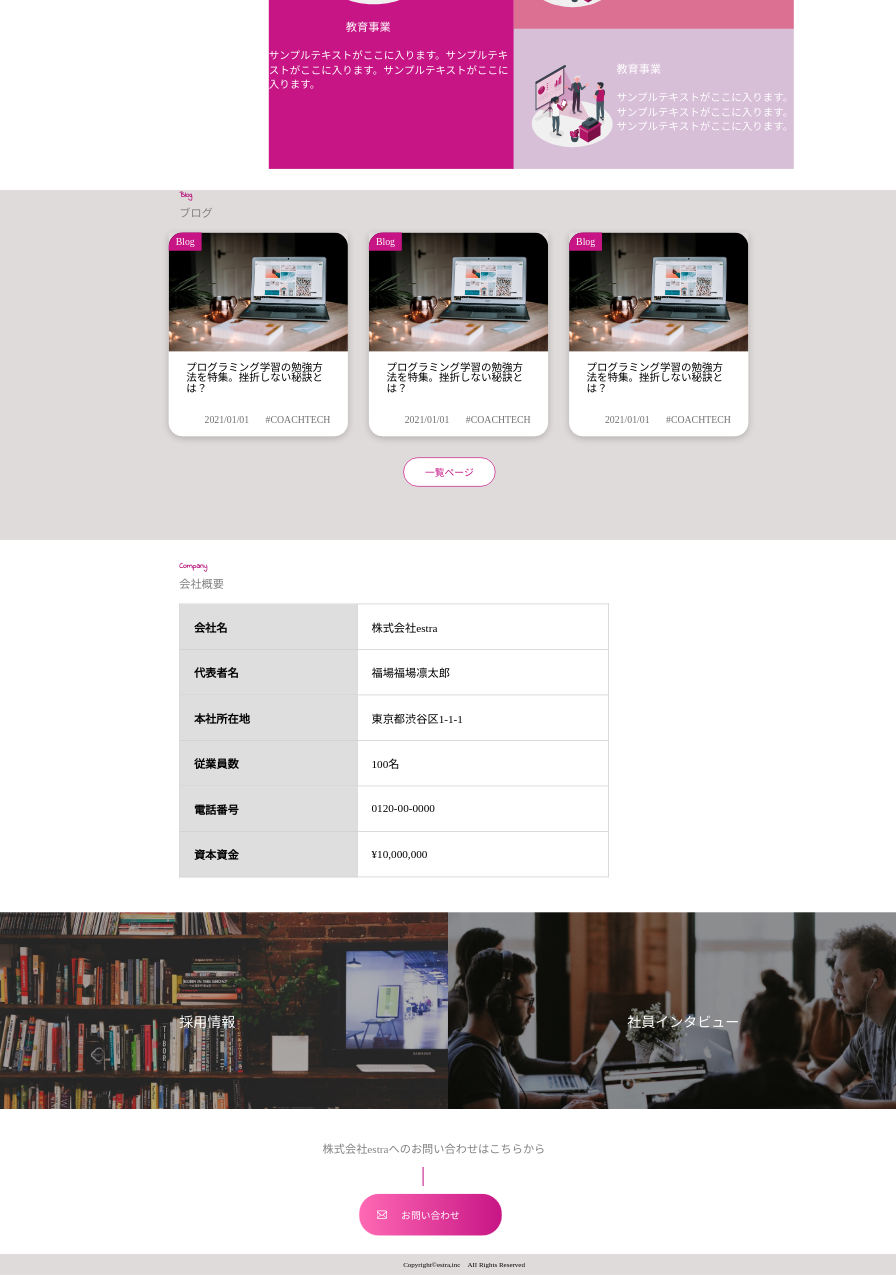
Repository: sigemasaasuka/20210902
Page: index.html
The author's editor kept a copy of each file at every save. The page is drawn from the files as they stood at one save, then again after a run of saves.
The browser window is 1280 px wide. The pictures show the part of the page from y = 1426 to 3346 px (the page is 3247 px tall before and 3346 px after), at 70% of full size.

Above is the page before, as saved 2021-10-01 13:06:16.

After the next 2 saves:
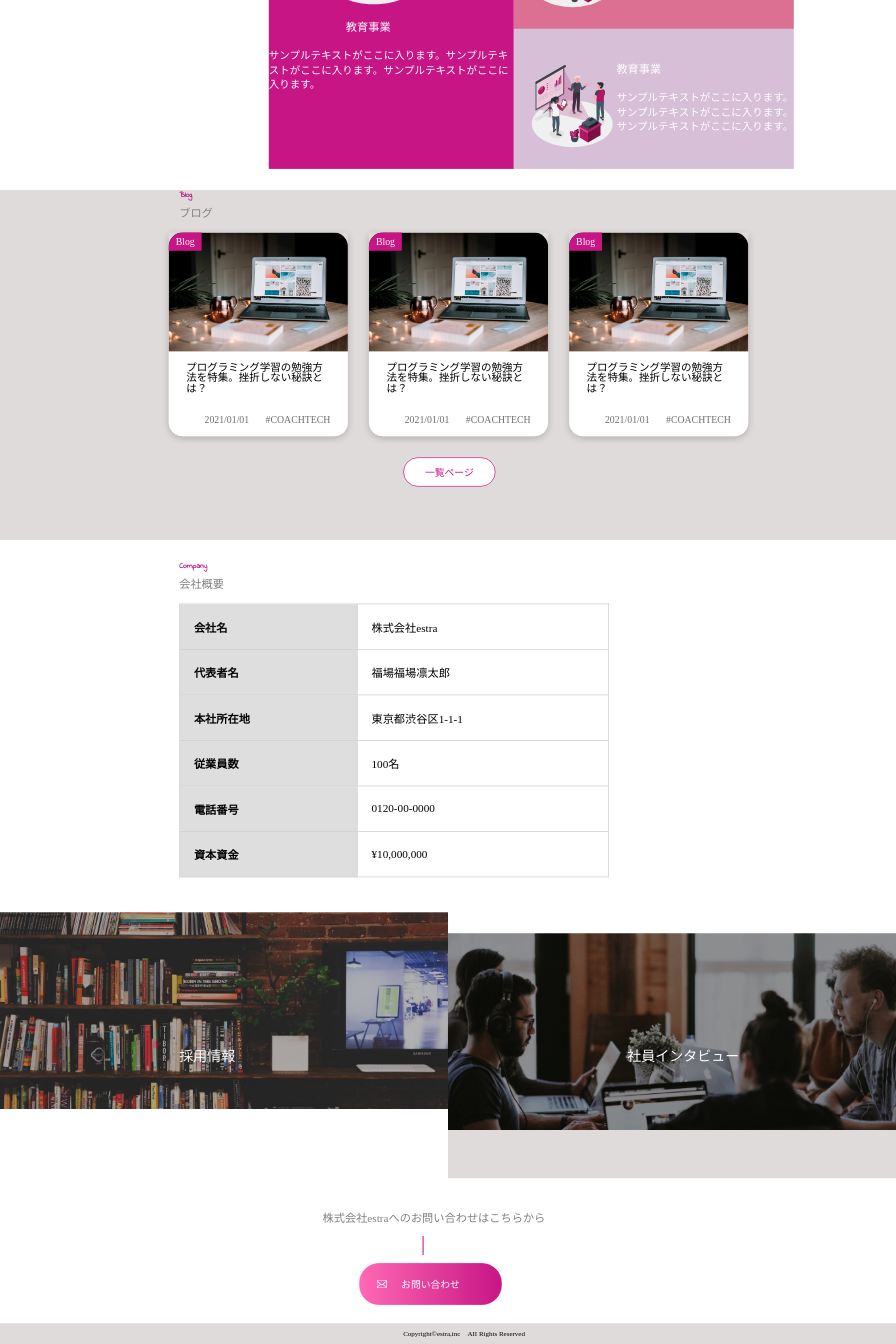
The 2 saves are shown as one change because they came seconds apart.
The last was saved 2 days later.
--- a/css/style.css
+++ b/css/style.css
@@ -386,7 +386,9 @@ table th {
 }
 
 .interview {
-  width: 100%;
+  height: 350px;
+  background-color: rgb(224, 219, 219);
+  margin-top: 30px;
 }
 
 .second-interview {
